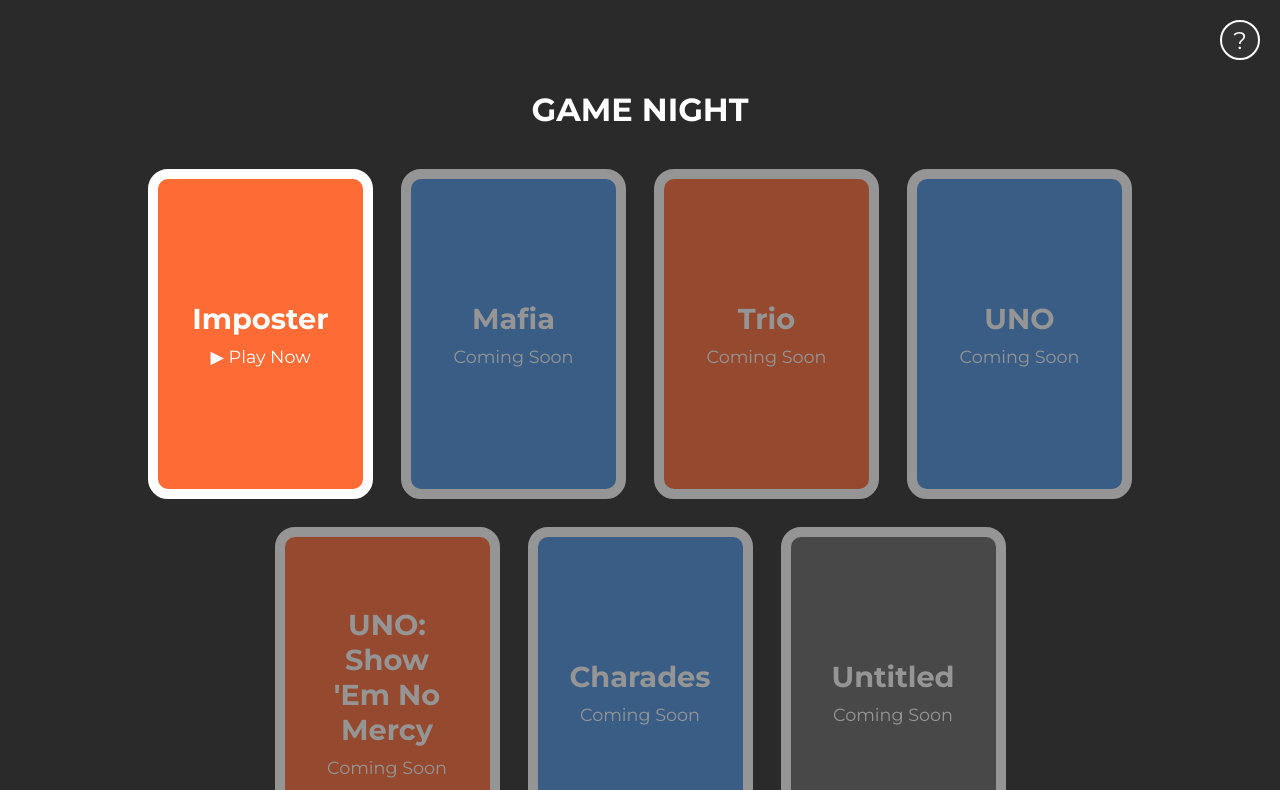
Repository: nfemmanuel/game-night-app
Page: /
An editor plug-in stored every save of this project. The page is shown before and after the next save, followed by the edit.
The browser window is 1280 px wide. The pictures show the whole page.
An inner scrolling area shows only its first screen. The project was rebuilt for these pictures with package versions that can differ from the ones it lists, and the page was loaded fresh each time. Also part of the build but not shown: src/components/BackButton.jsx, src/pages/ImposterSetup.jsx, src/data/wordList.js, src/pages/ImposterReveal.jsx, src/pages/ImposterVoting.jsx.

Above is the page before, as saved 2026-01-03 10:52:31.

### public/index.html
<!DOCTYPE html>
<html lang="en">

<head>
  <meta charset="utf-8" />
  <link rel="icon" href="%PUBLIC_URL%/favicon.ico" />
  <link rel="preconnect" href="https://fonts.googleapis.com">
  <link rel="preconnect" href="https://fonts.gstatic.com" crossorigin>
  <link href="https://fonts.googleapis.com/css2?family=Montserrat:wght@400;600;700&display=swap" rel="stylesheet">
  <meta name="viewport" content="width=device-width, initial-scale=1, maximum-scale=1, user-scalable=no" />
  <meta name="theme-color" content="#000000" />
  <meta name="description" content="Web site created using create-react-app" />
  <link rel="apple-touch-icon" href="%PUBLIC_URL%/logo192.png" />
  <!--
      manifest.json provides metadata used when your web app is installed on a
      user's mobile device or desktop. See https://developers.google.com/web/fundamentals/web-app-manifest/
    -->
  <link rel="manifest" href="%PUBLIC_URL%/manifest.json" />
  <!--
      Notice the use of %PUBLIC_URL% in the tags above.
      It will be replaced with the URL of the `public` folder during the build.
      Only files inside the `public` folder can be referenced from the HTML.

      Unlike "/favicon.ico" or "favicon.ico", "%PUBLIC_URL%/favicon.ico" will
      work correctly both with client-side routing and a non-root public URL.
      Learn how to configure a non-root public URL by running `npm run build`.
    -->
  <title>NF's Game Night</title>
</head>

<body>
  <noscript>You need to enable JavaScript to run this app.</noscript>
  <div id="root"></div>
  <!--
      This HTML file is a template.
      If you open it directly in the browser, you will see an empty page.

      You can add webfonts, meta tags, or analytics to this file.
      The build step will place the bundled scripts into the <body> tag.

      To begin the development, run `npm start` or `yarn start`.
      To create a production bundle, use `npm run build` or `yarn build`.
    -->
</body>

</html>

### src/index.js
import React from 'react';
import ReactDOM from 'react-dom/client';
import './index.css';
import App from './App';
import reportWebVitals from './reportWebVitals';
import * as serviceWorkerRegistration from './serviceWorkerRegistration';

const root = ReactDOM.createRoot(document.getElementById('root'));
root.render(
  <React.StrictMode>
    <App />
  </React.StrictMode>
);

// If you want to start measuring performance in your app, pass a function
// to log results (for example: reportWebVitals(console.log))
// or send to an analytics endpoint. Learn more: https://bit.ly/CRA-vitals
reportWebVitals();

serviceWorkerRegistration.register();

### src/App.js
import { BrowserRouter, Routes, Route } from 'react-router-dom';
import './styles/global.css';
import LandingPage from './pages/LandingPage';
import ImposterSetup from './pages/ImposterSetup';
import ImposterReveal from './pages/ImposterReveal';
import ImposterVoting from './pages/ImposterVoting';

function App() {
  return (
    <BrowserRouter>
      <Routes>
        <Route path="/" element={<LandingPage />} />
        <Route path="/imposter-setup" element={<ImposterSetup />} />
        <Route path="/imposter-reveal" element={<ImposterReveal />} />
        <Route path="/imposter-voting" element={<ImposterVoting />} />
      </Routes>
    </BrowserRouter>
  );
}

export default App;

### src/serviceWorkerRegistration.js
export function register() {
    if ('serviceWorker' in navigator) {
        window.addEventListener('load', () => {
            navigator.serviceWorker.register('/service-worker.js').then(
                (registration) => {
                    console.log('SW registered: ', registration);
                },
                (error) => {
                    console.log('SW registration failed: ', error);
                }
            );
        });
    }
}

### src/styles/global.css
* {
    margin: 0;
    padding: 0;
    box-sizing: border-box;
}

body {
    font-family: 'Montserrat', 'Helvetica Neue', 'Arial', sans-serif;
    background-color: rgb(42, 42, 42);
    color: white;
    overflow: hidden;
}

button {
    cursor: pointer;
    border: none;
    border-radius: 5px;
    font-family: inherit;
    font-size: 1rem;
    padding: 10px 20px;
}

/* Prevent scrolling under fixed buttons */
body {
    padding-top: 70px;
}

/* Page title positioning */
.page-title {
    margin-top: 0;
    margin-bottom: 30px;
}

/* Mobile adjustments */
@media (max-width: 768px) {

    /* Page titles */
    .page-title {
        font-size: 2rem !important;
        margin-bottom: 20px;
    }

    /* General headings */
    h1 {
        font-size: 3rem !important;
    }

    h2 {
        font-size: 1.5rem !important;
    }

    h3 {
        font-size: 1.2rem !important;
    }

    p {
        font-size: 1rem !important;
    }

    /* Input fields */
    input[type="text"] {
        width: 100% !important;
        max-width: 300px !important;
        font-size: 1rem !important;
        padding: 12px !important;
        margin-right: 0 !important;
        margin-bottom: 10px !important;
    }

    /* Buttons */
    button {
        font-size: 1rem !important;
        padding: 12px 24px !important;
    }

    /* Smaller back/help buttons */
    .back-button {
        padding: 8px 12px !important;
        font-size: 1rem !important;
        top: 10px !important;
        left: 10px !important;
    }

    .help-button-container {
        top: 10px !important;
        right: 10px !important;
    }

    .help-button {
        width: 30px !important;
        height: 30px !important;
        font-size: 1.2rem !important;
    }

    /* Reveal card */
    .reveal-card {
        width: 280px !important;
        height: 400px !important;
    }

    .reveal-card h2 {
        font-size: 2rem !important;
    }

    /* Reduce padding on mobile */
    body {
        padding-top: 60px;
    }
}

@media (max-width: 480px) {
    .page-title {
        font-size: 1.5rem !important;
    }

    h1 {
        font-size: 2.5rem !important;
    }

    input[type="text"] {
        font-size: 0.9rem !important;
        padding: 10px !important;
    }

    button {
        font-size: 0.9rem !important;
        padding: 10px 20px !important;
    }

    .reveal-card {
        width: 240px !important;
        height: 340px !important;
    }

    .reveal-card h2 {
        font-size: 1.8rem !important;
    }
}

/* Landing page can scroll on mobile */
.landing-page {
    overflow-y: auto !important;
    height: 100vh;
}

### src/pages/LandingPage.jsx
import { useNavigate } from 'react-router-dom';
import GameCard from '../components/GameCard';
import HelpButton from '../components/HelpButton';

function LandingPage() {
    const navigate = useNavigate();

    const handleClick = (gameName, route) => {
        if (route) {
            navigate(route);
        }
    };

    return (
        <div className="landing-page" style={{ padding: '20px', textAlign: 'center' }}>
            <HelpButton />
            <h1>GAME NIGHT</h1>

            <div style={{
                display: 'flex',
                gap: '8px',
                justifyContent: 'center',
                marginTop: '30px',
                flexWrap: 'wrap',
                padding: '0 8px',
                width: '100%',
                boxSizing: 'border-box',
                overflowX: 'auto',
            }}>
                <GameCard
                    name="Imposter"
                    available={true}
                    color="orange"
                    onClick={() => handleClick("Imposter", "/imposter-setup")}
                />
                <GameCard
                    name="Mafia"
                    available={false}
                    color="blue"
                    onClick={() => handleClick("Mafia", "/mafia-setup")}
                />
                <GameCard
                    name="Trio"
                    available={false}
                    color="orange"
                    onClick={() => handleClick("Trio", "/trio-setup")}
                />
                <GameCard
                    name="UNO"
                    available={false}
                    color="blue"
                    onClick={() => handleClick("UNO", "/uno-setup")}
                />
                <GameCard
                    name="UNO: Show 'Em No Mercy"
                    available={false}
                    color="orange"
                    onClick={() => handleClick("UNO-NM", "/uno-nm-setup")}
                />
                <GameCard
                    name="Charades"
                    available={false}
                    color="blue"
                    onClick={() => handleClick("Charades", "/charades-setup")}
                />
                <GameCard
                    name="Untitled"
                    available={false}
                    onClick={() => { }}
                />
            </div>
        </div>
    );
}

export default LandingPage;

### src/components/GameCard.jsx
import styles from './GameCard.module.css';

function GameCard({ name, available, onClick, color }) {  // Add color here
    // Combine card + available/disabled classes + color
    const cardClasses = `${styles.card} ${available ? styles.available : styles.disabled} ${color ? styles[color] : ''}`;

    return (
        <div
            className={cardClasses}
            onClick={available ? onClick : null}
        >
            <h2>{name}</h2>
            <p>{available ? '▶ Play Now' : 'Coming Soon'}</p>
        </div>
    );
}

export default GameCard;

### src/components/HelpButton.jsx
import { useState } from 'react';

function HelpButton() {
    const [showHelp, setShowHelp] = useState(false);

    return (
        <div
            className="help-button-container"
            style={{
                position: 'fixed',
                top: '20px',
                right: '20px',
                zIndex: 1000
            }}
            onMouseEnter={() => setShowHelp(true)}
            onMouseLeave={() => setShowHelp(false)}
        >
            <div
                className="help-button"
                style={{
                    width: '40px',
                    height: '40px',
                    borderRadius: '50%',
                    border: '2px solid white',
                    color: 'white',
                    fontSize: '1.5rem',
                    display: 'flex',
                    alignItems: 'center',
                    justifyContent: 'center',
                    cursor: 'pointer',
                    backgroundColor: '#333'
                }}
            >
                ?
            </div>

            {showHelp && (
                <div
                    style={{
                        position: 'absolute',
                        top: '50px',
                        right: '0',
                        backgroundColor: '#222',
                        border: '2px solid white',
                        borderRadius: '10px',
                        padding: '20px',
                        width: '300px',
                        maxWidth: '90vw',
                        textAlign: 'left',
                        fontSize: '0.9rem',
                        lineHeight: '1.5'
                    }}
                >
                    <h3 style={{ marginTop: 0, marginBottom: '10px', fontSize: '1.1rem' }}>
                        How to Play Imposter
                    </h3>
                    <ol style={{ paddingLeft: '20px', margin: 0 }}>
                        <li>Add 3+ player names</li>
                        <li>One random player is secretly the imposter</li>
                        <li>Everyone else sees the same secret word</li>
                        <li>Pass the phone around - each player holds the card to see their word</li>
                        <li>The imposter sees "You're the imposter. Shh!"</li>
                        <li>After everyone has seen their card, discuss and guess who the imposter is</li>
                        <li>Vote for the imposter or skip to reveal</li>
                    </ol>
                </div>
            )}
        </div>
    );
}

export default HelpButton;

### src/components/GameCard.module.css
.card {
    width: 225px;
    aspect-ratio: 225 / 330;
    padding: 30px;
    margin: 10px;
    border-radius: 20px;
    border: 10px solid white;
    text-align: center;
    transition: all 0.3s ease;
    display: flex;
    flex-direction: column;
    justify-content: center;
    align-items: center;
}

.card h2 {
    font-size: 1.8rem;
    margin: 0;
}

.card p {
    font-size: 1.1rem;
    margin: 10px 0 0 0;
}

.available {
    color: white;
    cursor: pointer;
}

.available:hover {
    transform: scale(1.05);
}

.disabled {
    background-color: #666;
    color: white;
    cursor: not-allowed;
    opacity: 0.5;
}

.orange {
    background-color: #FF6B35;
}

.orange:hover {
    box-shadow: 0 0 20px rgba(255, 107, 53, 0.6);
}

.blue {
    background-color: #4A90E2;
}

.blue:hover {
    box-shadow: 0 0 20px rgba(74, 144, 226, 0.6);
}

/* Mobile: 3 cards per row with locked aspect ratio */
@media (max-width: 768px) {
    .card {
        width: calc(33.333% - 10px);
        aspect-ratio: 225 / 330;
        padding: 3vw;
        margin: 5px;
        border-width: 5px;
        border-radius: 12px;
    }

    .card h2 {
        font-size: 0.75rem;
        /* Fixed small size */
        margin-bottom: 5px;
        line-height: 1.2;
    }

    .card p {
        font-size: 0.6rem;
        /* Fixed small size */
        margin-top: 5px;
    }
}

@media (max-width: 480px) {
    .card {
        width: calc(25% - 8px);
        aspect-ratio: 225 / 330;
        padding: 2.5vw;
        margin: 4px;
        border-width: 4px;
    }

    .card h2 {
        font-size: 0.65rem;
        /* Even smaller */
        margin-bottom: 3px;
        line-height: 1.1;
    }

    .card p {
        font-size: 0.55rem;
        /* Even smaller */
        margin-top: 3px;
    }
}

Loaded but not shown: src/index.css (common file); src/reportWebVitals.js (common file)

After the next save:
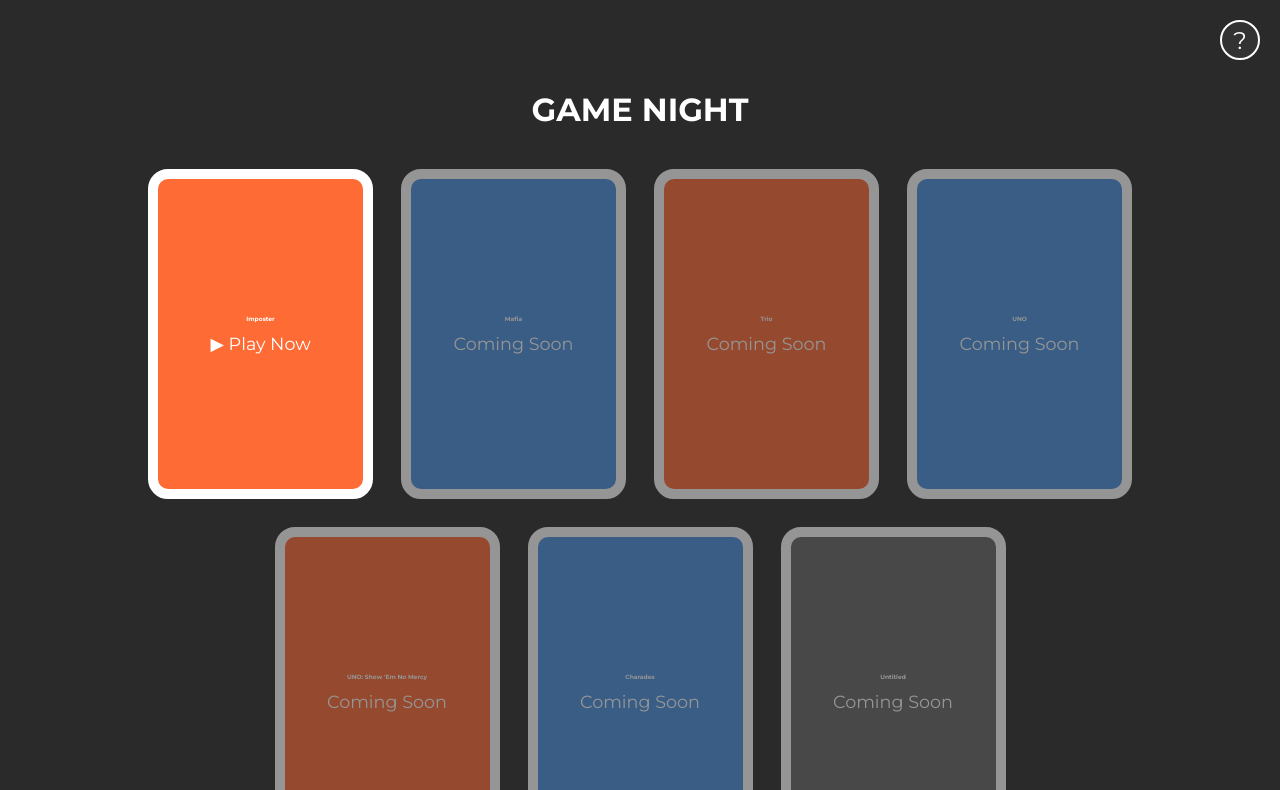
Saved 2 min 6 s later.
--- a/src/components/GameCard.jsx
+++ b/src/components/GameCard.jsx
@@ -9,7 +9,7 @@ function GameCard({ name, available, onClick, color }) {  // Add color here
             className={cardClasses}
             onClick={available ? onClick : null}
         >
-            <h2>{name}</h2>
+            <h2 style={{ fontSize: '20%' }}>{name}</h2>
             <p>{available ? '▶ Play Now' : 'Coming Soon'}</p>
         </div>
     );

After the save that followed:
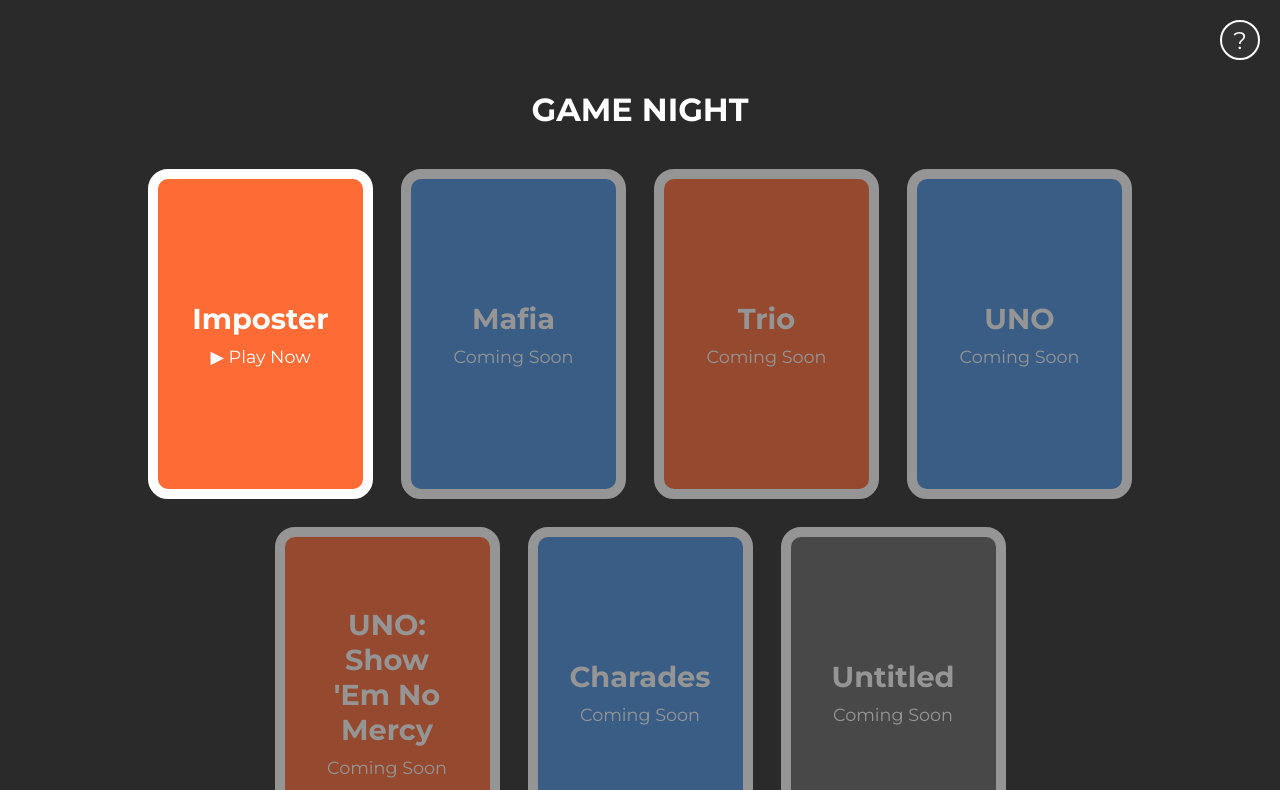
Saved 6 s later.
--- a/src/components/GameCard.jsx
+++ b/src/components/GameCard.jsx
@@ -9,7 +9,7 @@ function GameCard({ name, available, onClick, color }) {  // Add color here
             className={cardClasses}
             onClick={available ? onClick : null}
         >
-            <h2 style={{ fontSize: '20%' }}>{name}</h2>
+            <h2>{name}</h2>
             <p>{available ? '▶ Play Now' : 'Coming Soon'}</p>
         </div>
     );
